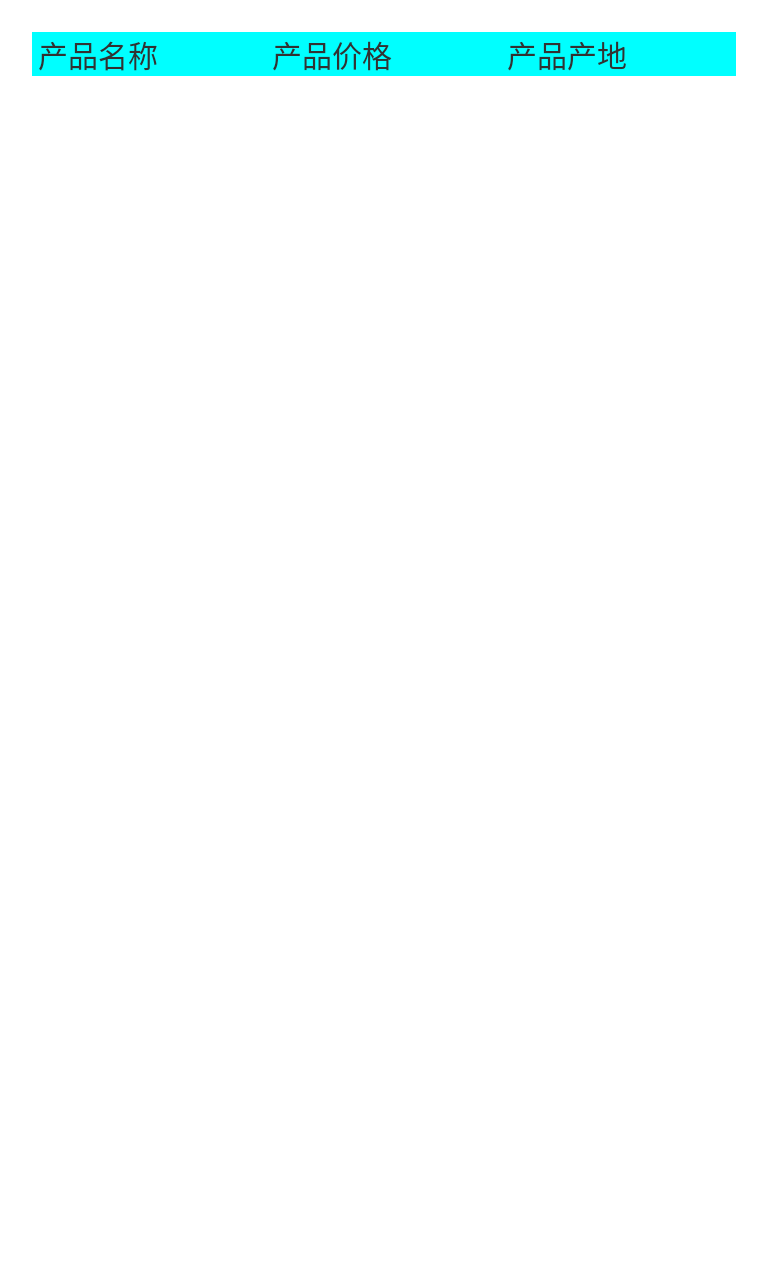
Repository: PunkAndroid/Android
Layout: ListViewDemo/res/layout/fragment_main.xml
The author's editor kept a copy of each file at every save. The layout is drawn from the files as they stood at one save, then again after the next save.
It is drawn on a 768 x 1280 px phone screen (xhdpi) without system bars, with theme AppTheme; the app's code is not run. Lists and similar views that code fills are empty.

Above is the layout before, as saved 2014-10-13 08:44:35.

After the next save:
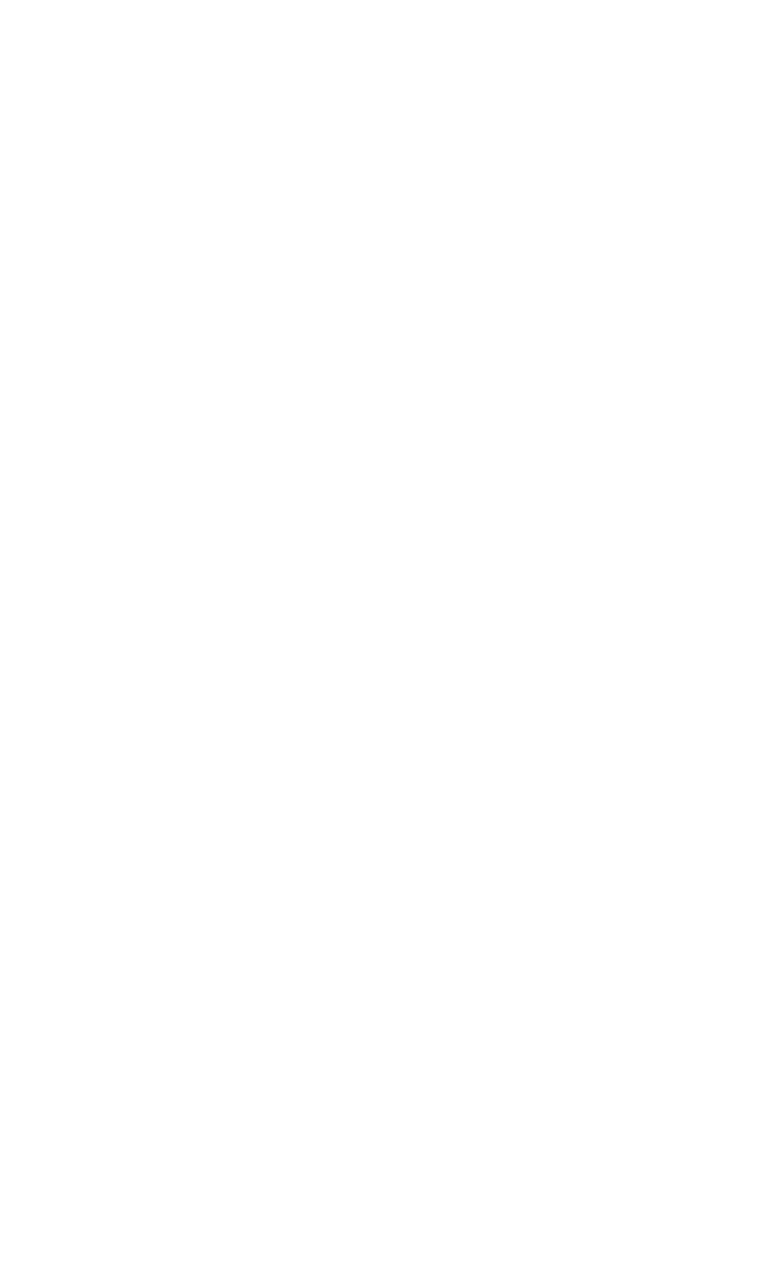
Saved 113 s later.
--- a/ListViewDemo/res/layout/fragment_main.xml
+++ b/ListViewDemo/res/layout/fragment_main.xml
@@ -8,7 +8,12 @@
     android:paddingRight="@dimen/activity_horizontal_margin"
     android:paddingTop="@dimen/activity_vertical_margin"
     tools:context="com.example.listviewdemo.MainActivity$PlaceholderFragment" >
-
+	 <ListView
+        android:background="#f0f"
+        android:id="@+id/ListView"
+        android:layout_width="match_parent"
+        android:layout_height="wrap_content"
+        android:text="@string/hello_world" />
     <LinearLayout
         android:layout_width="match_parent"
         android:layout_height="wrap_content"
@@ -43,11 +48,6 @@
             android:textSize="15sp" />
     </LinearLayout>
 
-    <ListView
-        android:background="#f0f"
-        android:id="@+id/ListView"
-        android:layout_width="match_parent"
-        android:layout_height="wrap_content"
-        android:text="@string/hello_world" />
+
 
 </LinearLayout>

After the save that followed:
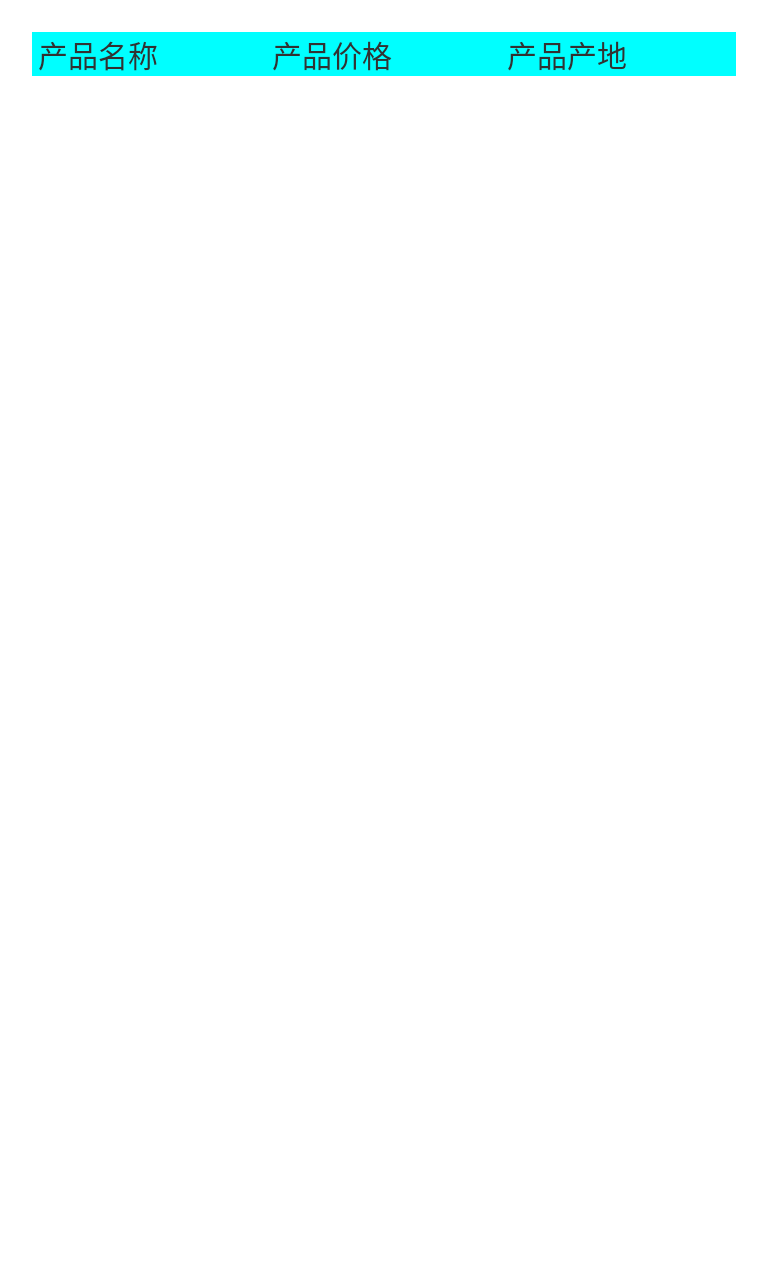
Saved 26 s later.
--- a/ListViewDemo/res/layout/fragment_main.xml
+++ b/ListViewDemo/res/layout/fragment_main.xml
@@ -8,12 +8,7 @@
     android:paddingRight="@dimen/activity_horizontal_margin"
     android:paddingTop="@dimen/activity_vertical_margin"
     tools:context="com.example.listviewdemo.MainActivity$PlaceholderFragment" >
-	 <ListView
-        android:background="#f0f"
-        android:id="@+id/ListView"
-        android:layout_width="match_parent"
-        android:layout_height="wrap_content"
-        android:text="@string/hello_world" />
+
     <LinearLayout
         android:layout_width="match_parent"
         android:layout_height="wrap_content"
@@ -47,7 +42,12 @@
             android:text="产品产地"
             android:textSize="15sp" />
     </LinearLayout>
-
+	<ListView
+        android:background="#f0f"
+        android:id="@+id/ListView"
+        android:layout_width="match_parent"
+        android:layout_height="wrap_content"
+        android:text="@string/hello_world" />
 
 
 </LinearLayout>
